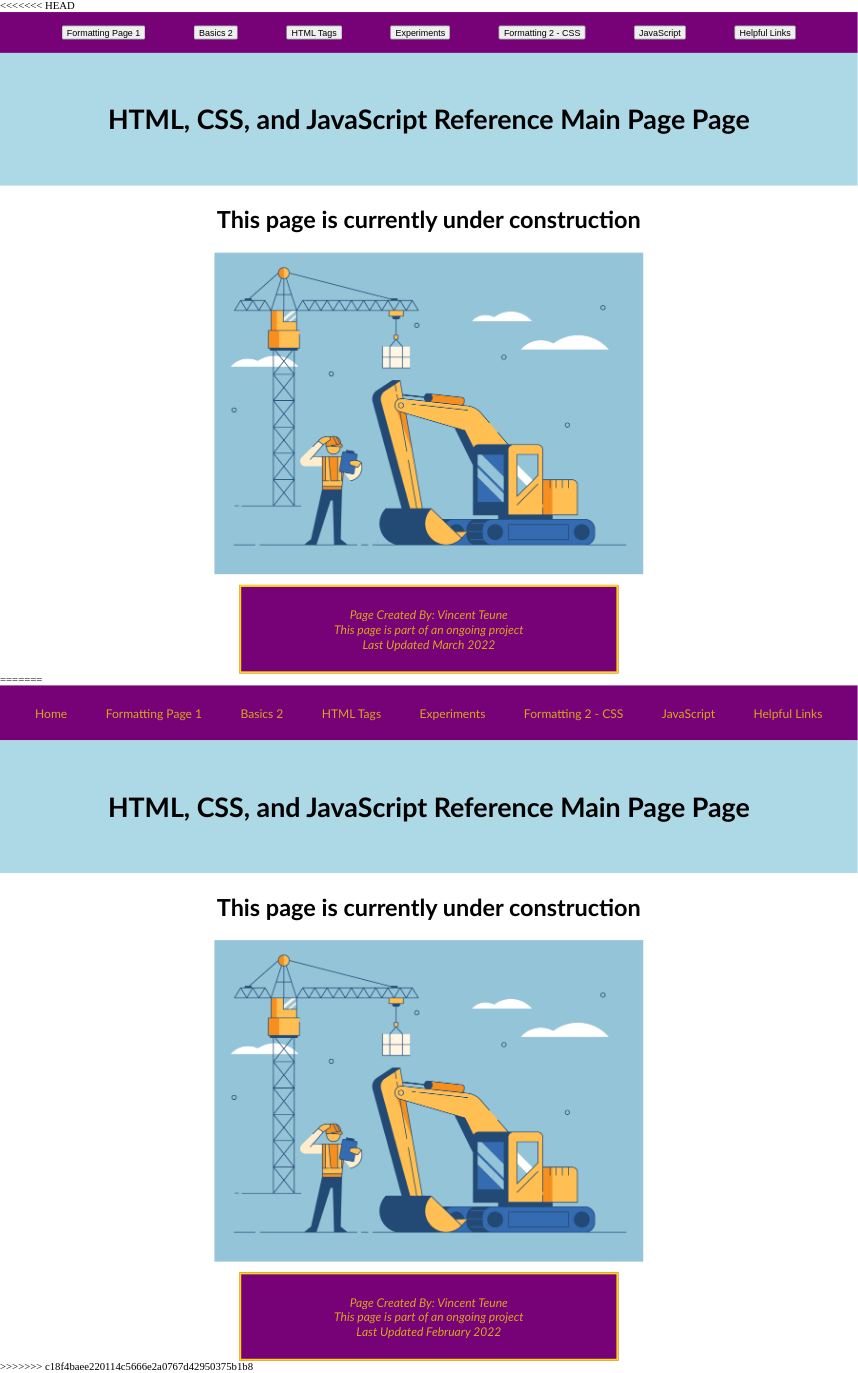
Repository: cobalt88/reference_site
Page: index.html
The author's editor kept a copy of each file at every save. The page is drawn from the files as they stood at one save, then again after the next save.
The browser window is 1280 px wide. The pictures show the whole page, at 67% of full size.

Above is the page before, as saved 2022-06-14 06:31:25.

After the next save:
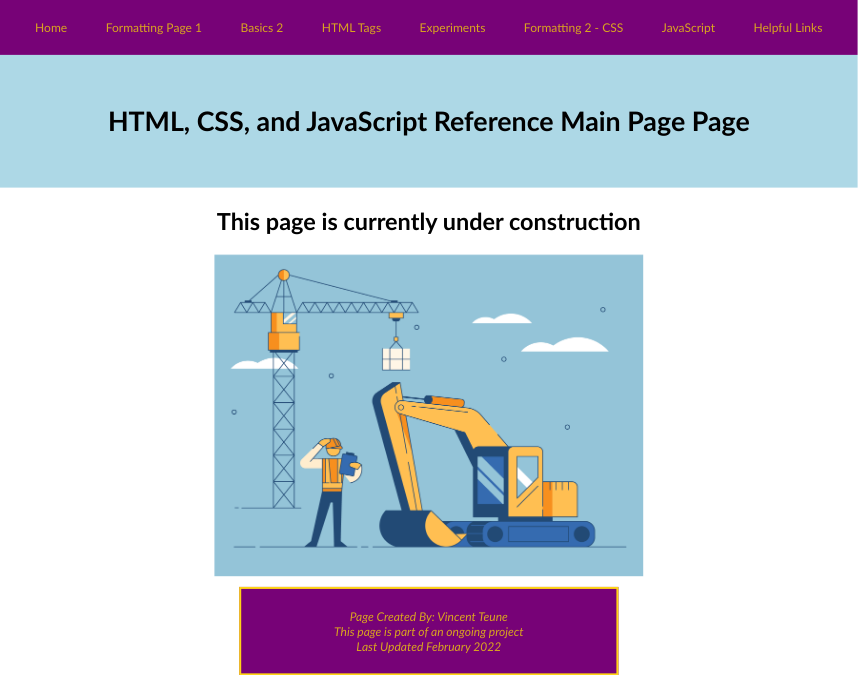
Saved 28 s later.
--- a/index.html
+++ b/index.html
@@ -7,46 +7,6 @@
     <link rel="stylesheet" href="./main-page.css"/>
 </head>
 
-<<<<<<< HEAD
-<body>
-
-
-
-<nav>
-
-    <button type="button" onclick="location.href='./sub_pages/formatting_1.html'">Formatting Page 1</button>
-    <button type="button" onclick="location.href='./sub_pages/basics_2.html'">Basics 2</button>
-    <button type="button" onclick="location.href='./sub_pages/taglist.html'">HTML Tags</button>
-    <button type="button" onclick="location.href='./sub_pages/experiments.html'">Experiments</button>
-    <button type="button" onclick="location.href='./sub_pages/css_formatting.html'">Formatting 2 - CSS</button>
-    <button type="button" onclick="location.href='./sub_pages/js.html'">JavaScript</button>
-    <button type="button" onclick="location.href='./sub_pages/helpful-links.html'">Helpful Links</button>
-
-</nav>
-
-<header>
-    <h1>HTML, CSS, and JavaScript Reference Main Page Page</h1>
-</header>
-
-
-
- <p>
-     <h2>This page is currently under construction</h2>
-     <img id="construction" src="./assets/Images/contruction-1.png" alt="Construction In Progress" class="center"/>
- </p>
-
-<footer>
-    <address>
-        Page Created By: Vincent Teune <br/>
-        This page is part of an ongoing project <br/>
-        Last Updated March 2022
-    </address>
-
-</footer>
-</body>
-
-</html>
-=======
 <body>
     <header>
         <nav>
@@ -76,4 +36,3 @@
     </footer>
 </body>
 </html>
->>>>>>> c18f4baee220114c5666e2a0767d42950375b1b8
